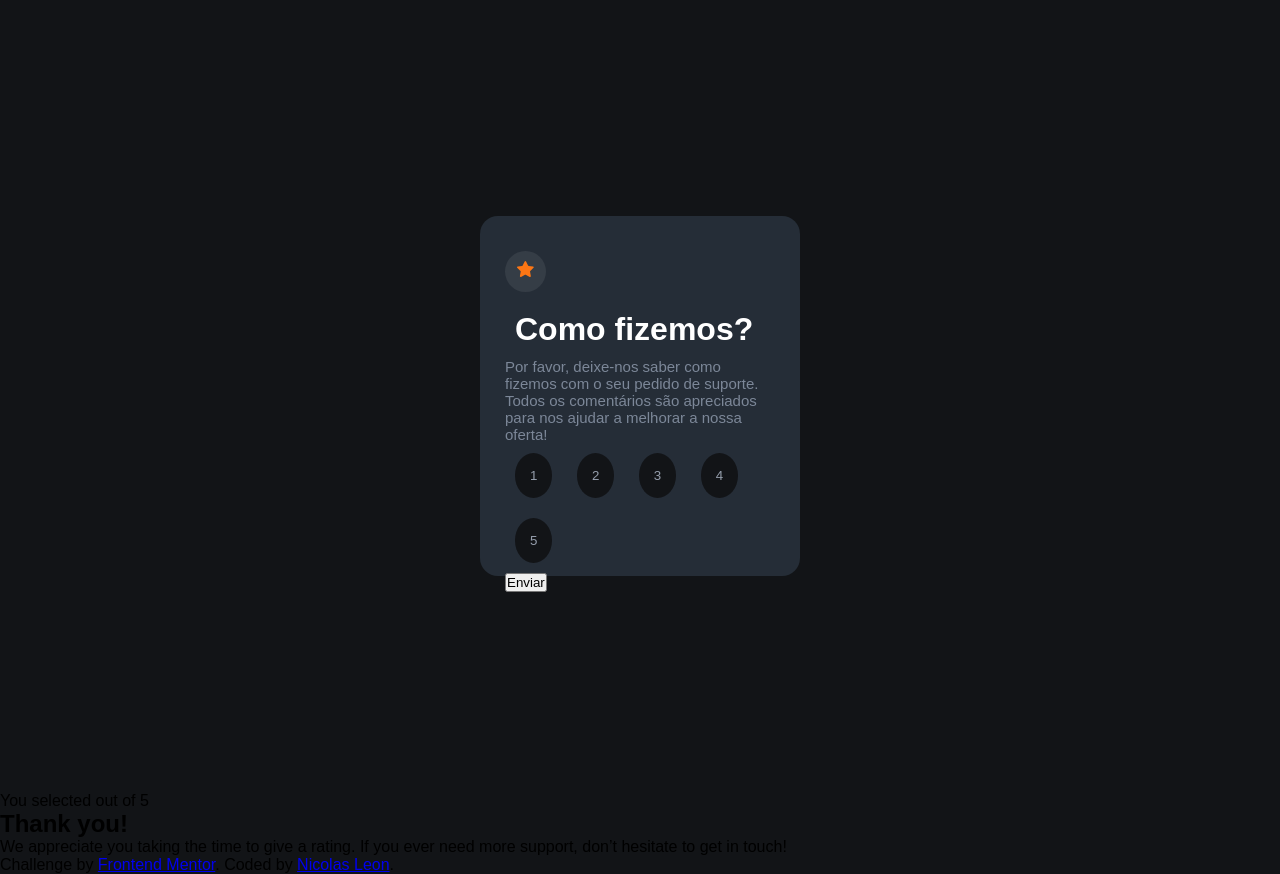
Repository: Leonngc/projeto-avaliacao
Page: index.html
The author's editor kept a copy of each file at every save. The page is drawn from the files as they stood at one save, then again after the next save.
The browser window is 1280 px wide. The pictures show the whole page.
Some web fonts or font styles are not loaded; a fallback is used.

Above is the page before, as saved 2023-01-25 23:35:22.

### index.html
<!DOCTYPE html>
<html lang="en">
<head>
  <meta charset="UTF-8">
  <meta name="viewport" content="width=device-width, initial-scale=1.0"> <!-- displays site properly based on user's device -->

  <link rel="icon" type="image/png" sizes="32x32" href="./images/favicon-32x32.png">

  <title>Frontend Mentor | Interactive rating component</title>

  <link rel="stylesheet" href="styles/style.css">
</head>
<body>

  <!-- Rating state start -->
<form id="avaliation-form">

  <span id="icon-star">
    <img src="images/icon-star.svg" alt="">
  </span>

    <h1>Como fizemos?</h1>

    <p>
      Por favor, deixe-nos saber como fizemos com o seu pedido de suporte. Todos os comentários são apreciados
      para nos ajudar a melhorar a nossa oferta!
    </p>

    <div id="avaliation-btns">
      <input type="button" value="1" class="avaliation">
      <input type="button" value="2" class="avaliation">
      <input type="button" value="3"  class="avaliation">
      <input type="button" value="4"  class="avaliation">
      <input type="button" value="5"  class="avaliation">
    </div>

    <input type="submit" onclick="sent()" value="Enviar"></input>
</form>

  <!-- Rating state end -->

  <!-- Thank you state start -->

  <section id="result-avaliation">
    <p id="avaliacao-user">You selected <!-- Add rating here --> out of 5</p>
    <h1>Thank you!</h1>
    <p>
      We appreciate you taking the time to give a rating. If you ever need more support,
      don’t hesitate to get in touch!
    </p>
  </section>

  <!-- Thank you state end -->


  <div class="attribution">
    Challenge by <a href="https://www.frontendmentor.io?ref=challenge" target="_blank">Frontend Mentor</a>.
    Coded by <a href="#">Nicolas Leon</a>.
  </div>
</body>
</html>

### styles/style.css
@import url('https://fonts.googleapis.com/css2?family= Viaduto & display = swap');
:root{
    --very-dark-blue:hsl(216, 12%, 8%);
    --dark-blue:hsl(213, 19%, 18%);
    --medium-grey: hsl(216, 12%, 54%);
    --light-grey:hsl(217, 12%, 63%);
}

*{
    margin: 0;
    padding: 0;
    box-sizing: border-box;
}

body{
    background-color:var(--very-dark-blue);
    font-family: 'Overpass', sans-serif;
}
span{
    background-color: rgba(255, 255, 255, 0.074);
    padding: 12px;
    border-radius: 50%;
    text-align: center;
}

span > img{
    margin-top: 20px;
}

#avaliation-form{
    background-color:var(--dark-blue);
    width: 25vw;
    height: 50vh;
    padding: 25px;
    margin: 30vh auto;
    color: white;
    border-radius: 18px;
}

#avaliation-form > h1{
    padding: 10px;
    margin-top: 20px;
}

#avaliation-form > p{
    color:var(--medium-grey);
    font-size: 15px;
}

.avaliation{
    margin: 10px;
    border-radius: 50%;
    padding: 15px;
    border: none;
    background-color: var(--very-dark-blue);
    color: var(--light-grey);
}

After the next save:
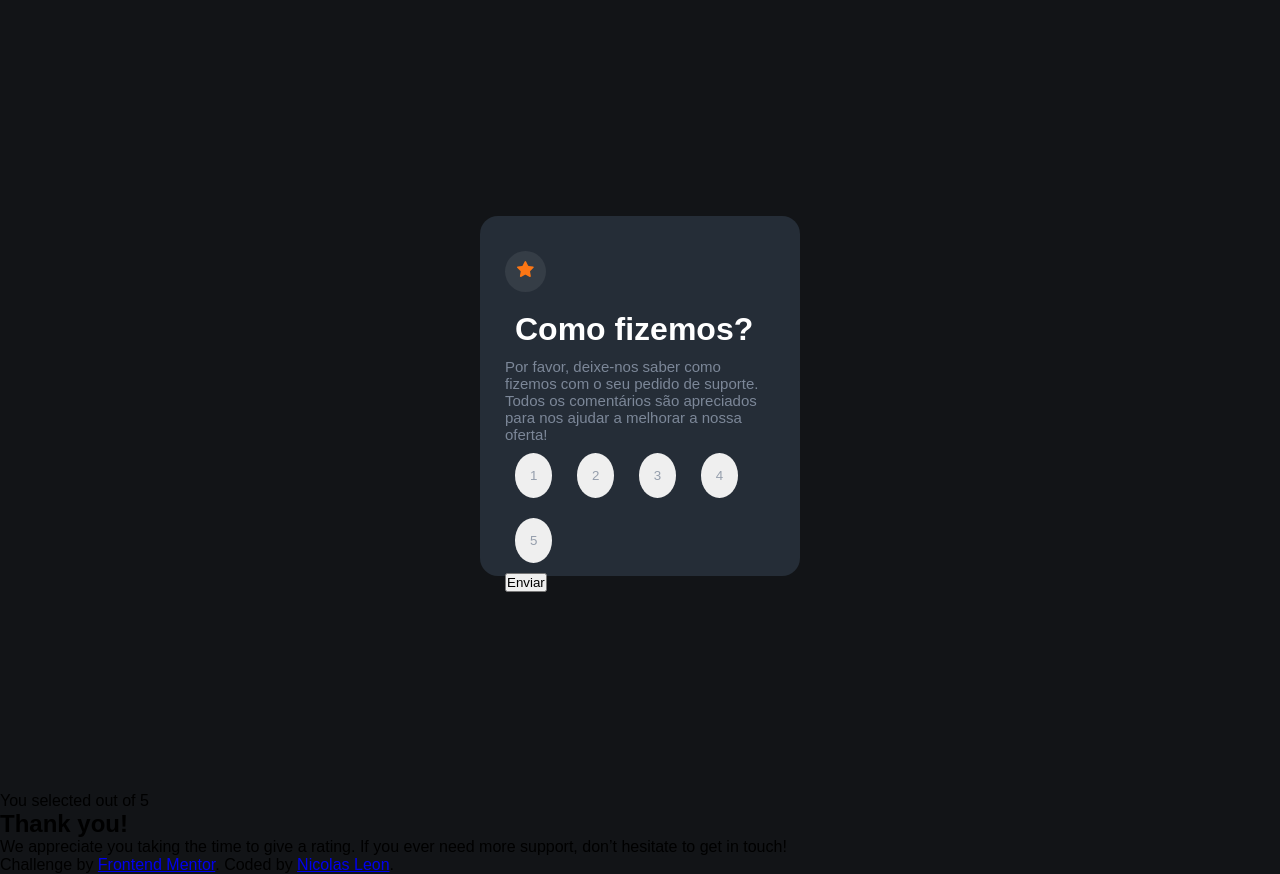
Saved 29 s later.
--- a/styles/style.css
+++ b/styles/style.css
@@ -52,6 +52,6 @@ span > img{
     border-radius: 50%;
     padding: 15px;
     border: none;
-    background-color: var(--very-dark-blue);
+    background-color: ;
     color: var(--light-grey);
 }
